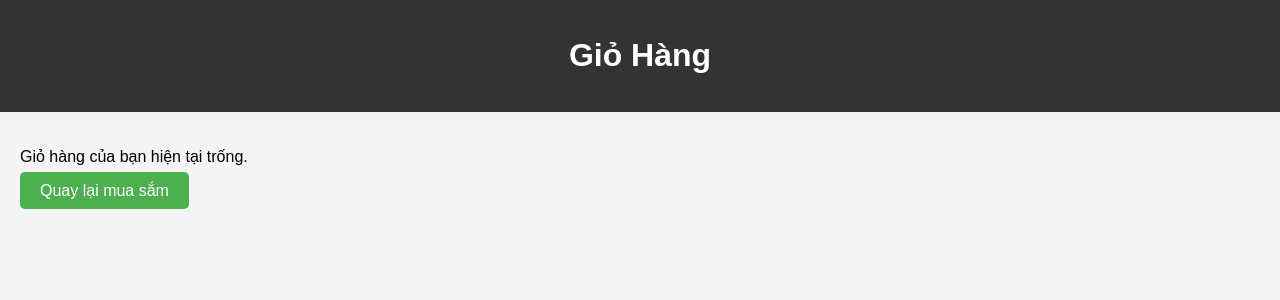
Repository: Thang871/web-thoi-trang
Page: http://localhost/cart
An editor plug-in stored every save of this project. The page is shown before and after the next save, followed by the edit.
The browser window is 1280 px wide. The pictures show the whole page.
The page is served by the project's application, run on Flask 3 (app.py).

Above is the page before, as saved 2024-11-25 10:12:53.

After the next save:
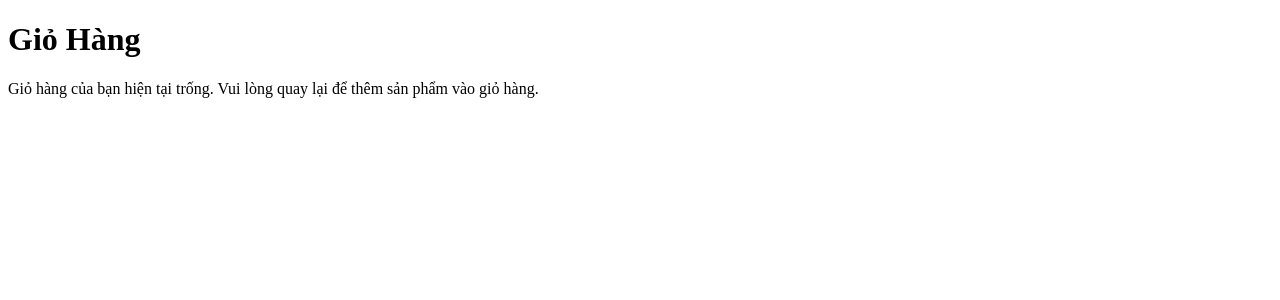
Saved 5 min 52 s later.
--- a/templates/cart.html
+++ b/templates/cart.html
@@ -4,85 +4,26 @@
     <meta charset="UTF-8">
     <meta name="viewport" content="width=device-width, initial-scale=1.0">
     <title>Giỏ Hàng</title>
-    <style>
-        body {
-            font-family: Arial, sans-serif;
-            background-color: #f4f4f4;
-            margin: 0;
-            padding: 0;
-        }
-        header {
-            background-color: #333;
-            color: white;
-            text-align: center;
-            padding: 1em;
-        }
-        .cart-container {
-            padding: 20px;
-        }
-        .cart-item {
-            display: flex;
-            justify-content: space-between;
-            margin-bottom: 15px;
-            padding: 10px;
-            background: white;
-            border-radius: 8px;
-            box-shadow: 0 2px 10px rgba(0, 0, 0, 0.1);
-        }
-        .cart-item img {
-            max-width: 100px;
-            height: auto;
-        }
-        .total {
-            font-size: 1.4em;
-            font-weight: bold;
-            color: #e91e63;
-        }
-        .btn-back {
-            background-color: #4CAF50;
-            color: white;
-            padding: 10px 20px;
-            border: none;
-            border-radius: 5px;
-            cursor: pointer;
-            text-decoration: none;
-        }
-        .btn-back:hover {
-            background-color: #45a049;
-        }
-    </style>
 </head>
 <body>
+    <h1>Giỏ Hàng</h1>
 
-    <!-- Header -->
-    <header>
-        <h1>Giỏ Hàng</h1>
-    </header>
-
-    <!-- Cart Items -->
-    <div class="cart-container">
-        {% if cart_items %}
-            {% for item in cart_items %}
-            <div class="cart-item">
-                <img src="{{ url_for('static', filename='images/' + item['image']) }}" alt="{{ item['name'] }}">
-                <div>
-                    <h3>{{ item['name'] }}</h3>
-                    <p>{{ item['description'] }}</p>
-                </div>
-                <div>
-                    <p class="price">{{ item['price'] }} VND</p>
-                </div>
-            </div>
-            {% endfor %}
-            <div class="total">
-                Tổng cộng: {{ total_price }} VND
-            </div>
-            <a href="{{ url_for('home') }}" class="btn-back">Quay lại mua sắm</a>
-        {% else %}
-            <p>Giỏ hàng của bạn hiện tại trống.</p>
-            <a href="{{ url_for('home') }}" class="btn-back">Quay lại mua sắm</a>
-        {% endif %}
-    </div>
+    {% if cart_items %}
+        {% for item in cart_items %}
+        <div>
+            <img src="{{ url_for('static', filename='images/' + item['image']) }}" alt="{{ item['name'] }}">
+            <h3>{{ item['name'] }}</h3>
+            <p>{{ item['description'] }}</p>
+            <p>{{ item['price'] }} VND</p>
+        </div>
+        {% endfor %}
+        <div>
+            <p>Tổng cộng: {{ total_price }} VND</p>
+            <a href="{{ url_for('checkout') }}">Thanh toán</a>
+        </div>
+    {% else %}
+        <p>Giỏ hàng của bạn hiện tại trống. Vui lòng quay lại để thêm sản phẩm vào giỏ hàng.</p>
+    {% endif %}
 
 </body>
 </html>
